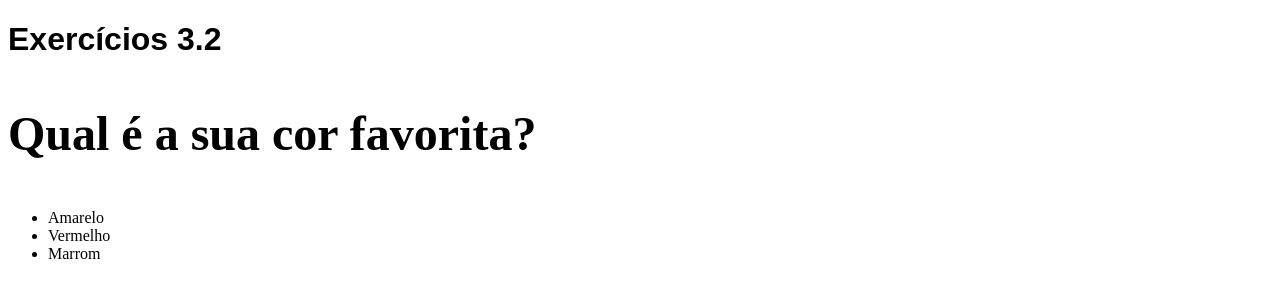
Repository: Hugobrr/trybe-exercises
Page: exercises/3_bloco/2_dia/parte 3.html
An editor plug-in stored every save of this project. The page is shown before and after the next save, followed by the edit.
The browser window is 1280 px wide. The pictures show the whole page.

Above is the page before, as saved 2020-10-19 15:45:42.

### exercises/3_bloco/2_dia/parte 3.html
<!DOCTYPE html>
<html lang="pt-br">
  <head>
    <meta charset="UTF-8">
    <title>HTML</title>
    <link rel="stylesheet" type="text/css" href="style.css" >

</head>
  <body>
    <h1>Exercícios 3.2</h1>
    <p>Qual é a sua cor favorita?</p>
    <ul>
      <li>Amarelo</li>
      <li>Vermelho</li>
      <li>Marrom</li>
    </ul>

    <!-- Exercícios
      Coloque todo o CSS criado até agora nos exercícios anteriores em um arquivo externo.
    -->
  </body>
</html>

### exercises/3_bloco/2_dia/style.css
h1{
    font-family: sans-serif;
}
p{
    font-weight: 600;
    font-size: 3em;
}
body{
    font-size: 16px;
}
#amarelo{
    color: yellow;
}
#vermelho{
    color: red;
}
#marrom{
    color: brown;
}

After the next save:
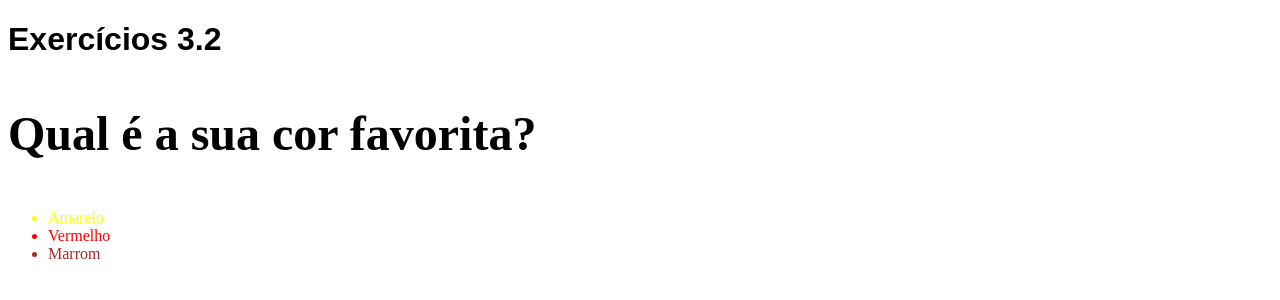
Saved 76 s later.
--- a/exercises/3_bloco/2_dia/parte 3.html
+++ b/exercises/3_bloco/2_dia/parte 3.html
@@ -10,9 +10,9 @@
     <h1>Exercícios 3.2</h1>
     <p>Qual é a sua cor favorita?</p>
     <ul>
-      <li>Amarelo</li>
-      <li>Vermelho</li>
-      <li>Marrom</li>
+      <li id=amarelo>Amarelo</li>
+      <li id=vermelho>Vermelho</li>
+      <li id=marrom>Marrom</li>
     </ul>
 
     <!-- Exercícios
